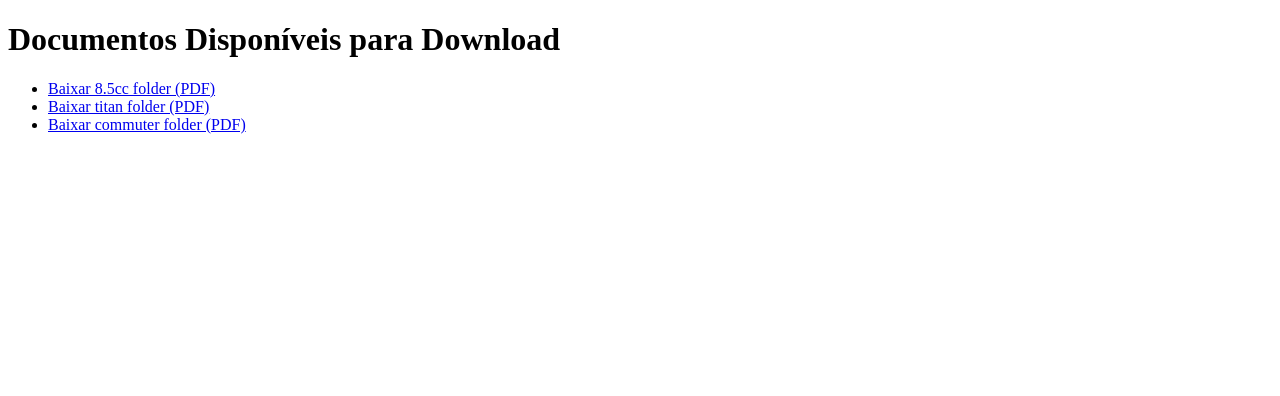
Repository: JamesOliveira1/Project-MastroWebSite
Page: assets/contents/documents.html
An editor plug-in stored every save of this project. The page is shown before and after the next save, followed by the edit.
The browser window is 1280 px wide. The pictures show the whole page.

Above is the page before, as saved 2025-06-30 13:12:50.

After the next save:
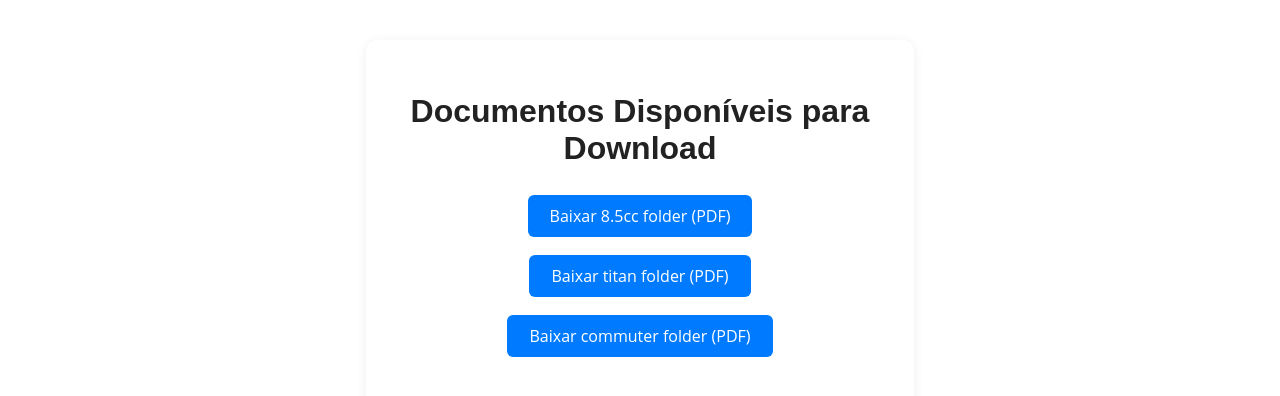
Saved 63 s later.
--- a/assets/contents/documents.html
+++ b/assets/contents/documents.html
@@ -3,13 +3,53 @@
 <head>
     <meta charset="UTF-8">
     <title>Documentos para Download</title>
+    <link rel="stylesheet" href="/assets/css/style.css">
+    <style>
+        /* Estilo adicional para destacar a lista de documentos */
+        .documents-container {
+            max-width: 500px;
+            margin: 40px auto;
+            padding: 32px 24px;
+            background: #fff;
+            border-radius: 12px;
+            box-shadow: 0 2px 12px rgba(0,0,0,0.07);
+        }
+        .documents-container h1 {
+            text-align: center;
+            margin-bottom: 28px;
+            color: #222;
+        }
+        .documents-list {
+            list-style: none;
+            padding: 0;
+        }
+        .documents-list li {
+            margin-bottom: 18px;
+            text-align: center;
+        }
+        .documents-list a {
+            display: inline-block;
+            padding: 10px 22px;
+            background: #007bff;
+            color: #fff;
+            border-radius: 6px;
+            text-decoration: none;
+            font-weight: 500;
+            transition: background 0.2s;
+        }
+        .documents-list a:hover {
+            background: #0056b3;
+        }
+    </style>
 </head>
 <body>
-    <h1>Documentos Disponíveis para Download</h1>
-    <ul>
-        <li><a href="./85cc.pdf" download>Baixar 8.5cc folder (PDF)</a></li>
-        <li><a href="./titancc.pdf" download>Baixar titan folder (PDF)</a></li>
-        <li><a href="./commuter.pdf" download>Baixar commuter folder (PDF)</a></li>
-    </ul>
+    <div class="documents-container">
+        <h1>Documentos Disponíveis para Download</h1>
+        <ul class="documents-list">
+            <li><a href="./85cc.pdf" download>Baixar 8.5cc folder (PDF)</a></li>
+            <li><a href="./titancc.pdf" download>Baixar titan folder (PDF)</a></li>
+            <li><a href="./commuter.pdf" download>Baixar commuter folder (PDF)</a></li>
+        </ul>
+    </div>
 </body>
 </html>
